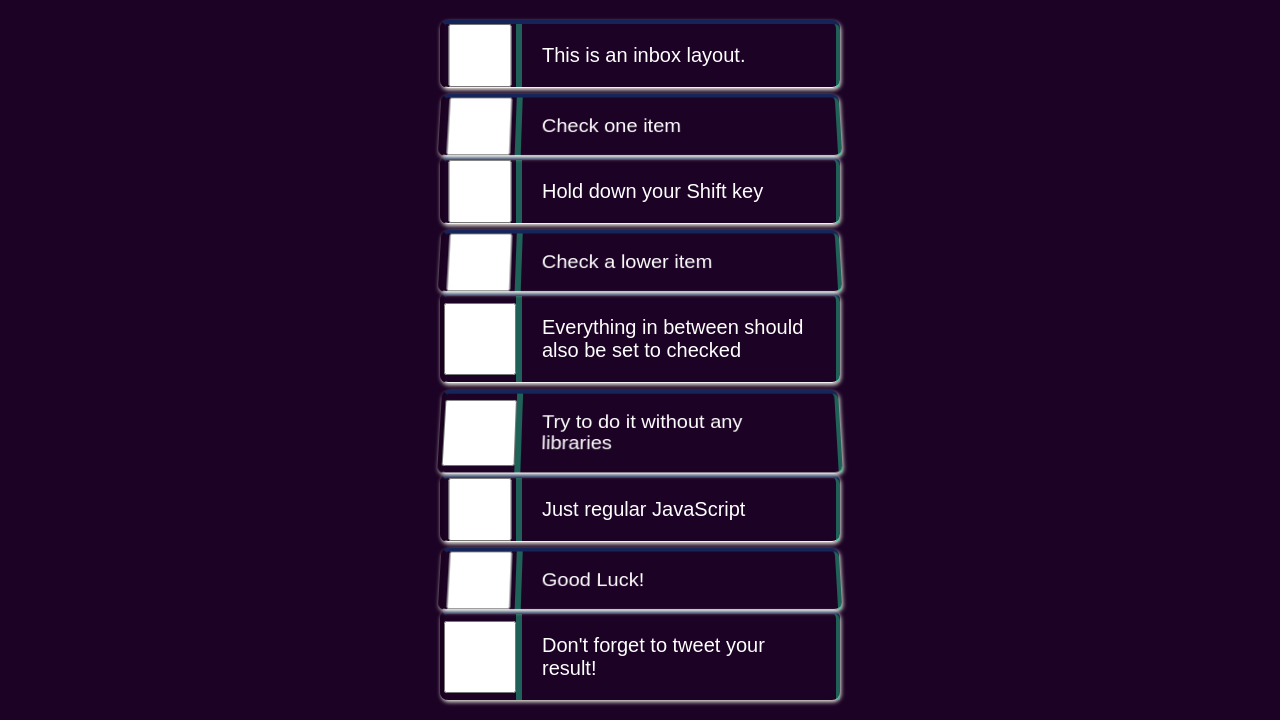
Repository: Freezler/Shift-Select-Checkboxes
Page: index.html
An editor plug-in stored every save of this project. The page is shown before and after the next save, followed by the edit.
The browser window is 1280 px wide. The pictures show the whole page.

Above is the page before, as saved 2024-09-07 23:01:18.

### index.html
<!DOCTYPE html>
<html lang="en">

<head>
  <meta charset="UTF-8">
  <title>Hold Shift to Check Multiple Checkboxes</title>
  <link rel="icon" href="https://fav.farm/🔥" />
</head>

<body>
  <style>
    :root {
      --background-color: rgb(28, 2, 37);
      --border-color: hsla(292, 94%, 6%, 0.8);

    }

    html {
      font-family: sans-serif;
      font-weight: 500;
      background: var(--background-color);
      user-select: none;
    }




    .inbox {
      max-width: 400px;
      margin: 20px auto;
      gap: 0px;
      border-radius: 5px;
      display: flex;
      flex-direction: column;
      background: var(--background-color);
    }

    .item {
      display: flex;
      transition: all 0.3s ease-in-out;
      border-inline-start: 4px solid var(--border-color);
      ;
      border-block-start: 4px solid rgba(0, 149, 255, 0.239);
      box-shadow: 1px 2px 4px rgba(244, 249, 232, 0.947);
      border-bottom: 1px solid #F1F1F1;
      color: white;
      border-radius: 8px;
    }

    .item:last-child {
      border-bottom: 0;
    }



    input[type="checkbox"] {
      margin: 0px;
      width: 72px;

    }

    input:checked+p {
      background: #a30404ce;
      text-decoration: line-through;
      color: cornsilk;
      border-inline: 2px solid #7c0529ef;
      transition: all 0.9s ease-in-out;
      border-radius: 99px;
      margin-inline: 2px;


    }



    .inbox .item:nth-child(even) {
      transform: perspective(1500px) rotateX(24deg) translateY(3px) scale(1.001);

    }

    .inbox .item:nth-child(odd) {
      transform: perspective(1500px) rotateX(-24deg) translateY (3px) scale(1.001);

    }

    .item:nth-child(odd):hover {
      transform: perspective(400px) rotateX(24deg) translateY(3px);

    }

    .item:nth-child(even):hover {
      transform: perspective(400px) rotateX(24deg) translateY(3px);

    }

    .item:nth-child(even) {
      transform: perspective(1500px) rotateX(-24deg) translateY(3px);

    }

    p {
      margin: 0;
      padding: 20px;
      transition: background 0.3s;
      flex: 1;

      font-size: 20px;
      font-weight: 200;
      border-inline: 6px solid #23cc9178;
      border-inline-end: 4px solid #23cc9178;
      border-start-end-radius: 6px;
    }
  </style>
  <!--  The following is a common layout you would see in an email client.
        When a user clicks a checkbox, holds Shift, and then clicks another checkbox a few rows down, all the checkboxes in between those two checkboxes should be checked.

  -->
  <div class="inbox">
    <div class="item">
      <input type="checkbox">
      <p>This is an inbox layout.</p>
    </div>
    <div class="item">
      <input type="checkbox">
      <p>Check one item</p>
    </div>
    <div class="item">
      <input type="checkbox">
      <p>Hold down your Shift key</p>
    </div>
    <div class="item">
      <input type="checkbox">
      <p>Check a lower item</p>
    </div>
    <div class="item">
      <input type="checkbox">
      <p>Everything in between should also be set to checked</p>
    </div>
    <div class="item">
      <input type="checkbox">
      <p>Try to do it without any libraries</p>
    </div>
    <div class="item">
      <input type="checkbox">
      <p>Just regular JavaScript</p>
    </div>
    <div class="item">
      <input type="checkbox">
      <p>Good Luck!</p>
    </div>
    <div class="item">
      <input type="checkbox">
      <p>Don't forget to tweet your result!</p>
    </div>
  </div>

  <script>
    const checkboxes = document.querySelectorAll('.inbox input[type="checkbox"]');

    checkboxes.forEach(checkbox => checkbox.addEventListener('click', handleCheck))

    let lastChecked;

    function handleCheck(e) {
      // check for shift-press && checked
      let inBetween = false;
      // loop over every single checkbox
      if (e.shiftKey && this.checked) {
        checkboxes.forEach(checkbox => {
          if (checkbox === this || checkbox === lastChecked) {
            inBetween = !inBetween
          }
          if (inBetween) {
            checkbox.checked = true
          }
        })
      }

      if (e.shiftKey && this.checked) {
        console.log("haha it's clicked with shift down AND checked!")
      }
      if (e.shiftKey && !this.checked) {
        console.log("haha it's clicked with shift down but not checked!")
      }
      lastChecked = this;
    }

  </script>
</body>

</html>

After the next save:
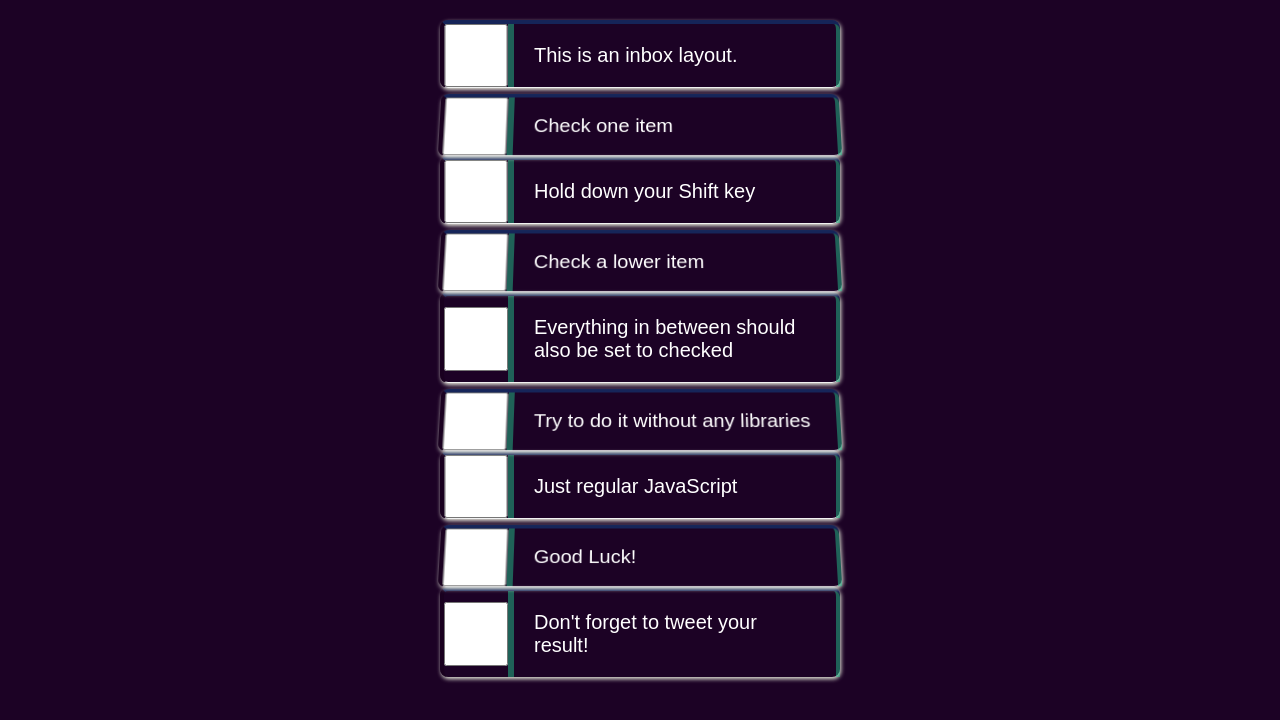
Saved 7 s later.
--- a/index.html
+++ b/index.html
@@ -55,7 +55,7 @@
 
     input[type="checkbox"] {
       margin: 0px;
-      width: 72px;
+      width: 64px;
 
     }
 
